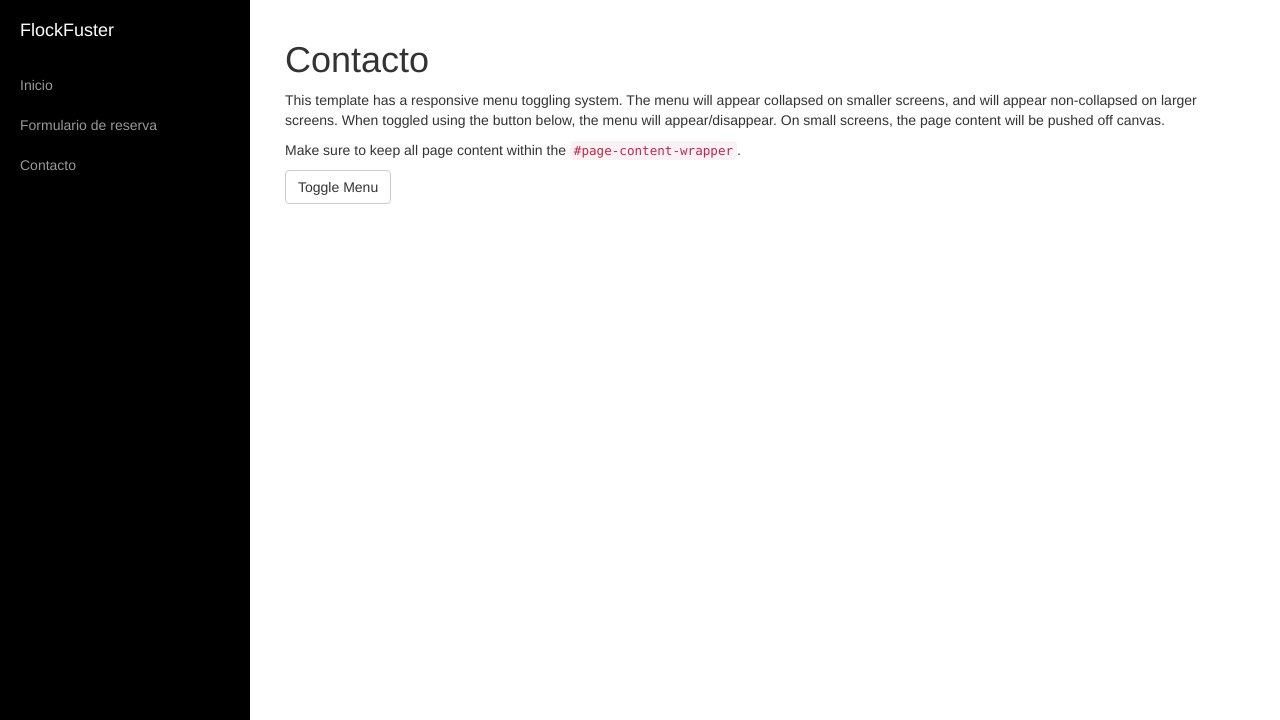
Repository: FranciscaGeorgue/Experiencia-3
Page: contacto.html
The author's editor kept a record of every edit. The page is drawn from the files as they stood at one moment, then again after the next edit.
The browser window is 1280 px wide. The pictures show the whole page.

Above is the page before.

### contacto.html
<!DOCTYPE html>
<html lang="en">

<head>

    <meta charset="utf-8">
    <meta http-equiv="X-UA-Compatible" content="IE=edge">
    <meta name="viewport" content="width=device-width, shrink-to-fit=no, initial-scale=1">
    <meta name="description" content="">
    <meta name="author" content="">

    <title>FlockFuster</title>

    <!-- Bootstrap Core CSS -->
    <link href="css/bootstrap.min.css" rel="stylesheet">

    <!-- Custom CSS -->
    <link href="css/simple-sidebar.css" rel="stylesheet">

    <!-- HTML5 Shim and Respond.js IE8 support of HTML5 elements and media queries -->
    <!-- WARNING: Respond.js doesn't work if you view the page via file:// -->
    <!--[if lt IE 9]>
        <script src="https://oss.maxcdn.com/libs/html5shiv/3.7.0/html5shiv.js"></script>
        <script src="https://oss.maxcdn.com/libs/respond.js/1.4.2/respond.min.js"></script>
    <![endif]-->

</head>

<body>

    <div id="wrapper">

        <!-- Sidebar -->
        <div id="sidebar-wrapper">
            <ul class="sidebar-nav">
                <li class="sidebar-brand">
                    <a href="#">
                        FlockFuster
                    </a>
                </li>
                <li>
                    <a href="index.html">Inicio</a>
                </li>
                <li>
                    <a href="formulario.html">Formulario de reserva</a>
                </li>
                <li>
                    <a href="contacto.html">Contacto</a>
                </li>
            </ul>
        </div>
        <!-- /#sidebar-wrapper -->

        <!-- Page Content -->
        <div id="page-content-wrapper">
            <div class="container-fluid">
                <div class="row">
                    <div class="col-lg-12">
                        <h1>Contacto</h1>
                        <p>This template has a responsive menu toggling system. The menu will appear collapsed on smaller screens, and will appear non-collapsed on larger screens. When toggled using the button below, the menu will appear/disappear. On small screens, the page content will be pushed off canvas.</p>
                        <p>Make sure to keep all page content within the <code>#page-content-wrapper</code>.</p>
                        <a href="#menu-toggle" class="btn btn-default" id="menu-toggle">Toggle Menu</a>
                    </div>
                </div>
            </div>
        </div>
        <!-- /#page-content-wrapper -->

    </div>
    <!-- /#wrapper -->

    <!-- jQuery -->
    <script src="js/jquery.js"></script>

    <!-- Bootstrap Core JavaScript -->
    <script src="js/bootstrap.min.js"></script>

    <!-- Menu Toggle Script -->
    <script>
    $("#menu-toggle").click(function(e) {
        e.preventDefault();
        $("#wrapper").toggleClass("toggled");
    });
    </script>

</body>

</html>

### css/simple-sidebar.css
/*!
 * Start Bootstrap - Simple Sidebar (http://startbootstrap.com/)
 * Copyright 2013-2016 Start Bootstrap
 * Licensed under MIT (https://github.com/BlackrockDigital/startbootstrap/blob/gh-pages/LICENSE)
 */

 body {
    overflow-x: hidden;
 }

/* Toggle Styles */

#wrapper {
    padding-left: 0;
    -webkit-transition: all 0.5s ease;
    -moz-transition: all 0.5s ease;
    -o-transition: all 0.5s ease;
    transition: all 0.5s ease;
}

#wrapper.toggled {
    padding-left: 250px;
}

#sidebar-wrapper {
    z-index: 1000;
    position: fixed;
    left: 250px;
    width: 0;
    height: 100%;
    margin-left: -250px;
    overflow-y: auto;
    background: #000;
    -webkit-transition: all 0.5s ease;
    -moz-transition: all 0.5s ease;
    -o-transition: all 0.5s ease;
    transition: all 0.5s ease;
}

#wrapper.toggled #sidebar-wrapper {
    width: 250px;
}

#page-content-wrapper {
    width: 100%;
    position: absolute;
    padding: 15px;
}

#wrapper.toggled #page-content-wrapper {
    position: absolute;
    margin-right: -250px;
}

/* Sidebar Styles */

.sidebar-nav {
    position: absolute;
    top: 0;
    width: 250px;
    margin: 0;
    padding: 0;
    list-style: none;
}

.sidebar-nav li {
    text-indent: 20px;
    line-height: 40px;
}

.sidebar-nav li a {
    display: block;
    text-decoration: none;
    color: #999999;
}

.sidebar-nav li a:hover {
    text-decoration: none;
    color: #fff;
    background: rgba(255,255,255,0.2);
}

.sidebar-nav li a:active,
.sidebar-nav li a:focus {
    text-decoration: none;
}

.sidebar-nav > .sidebar-brand {
    height: 65px;
    font-size: 18px;
    line-height: 60px;
}

.sidebar-nav > .sidebar-brand a {
    color: #999999;
}

.sidebar-nav > .sidebar-brand a:hover {
    color: #fff;
    background: none;
}

@media(min-width:768px) {
    #wrapper {
        padding-left: 250px;
    }

    #wrapper.toggled {
        padding-left: 0;
    }

    #sidebar-wrapper {
        width: 250px;
    }

    #wrapper.toggled #sidebar-wrapper {
        width: 0;
    }

    #page-content-wrapper {
        padding: 20px;
        position: relative;
    }

    #wrapper.toggled #page-content-wrapper {
        position: relative;
        margin-right: 0;
    }
}

Loaded but not shown: css/bootstrap.min.css (library); js/jquery.js (library); js/bootstrap.min.js (library)

After the next edit:
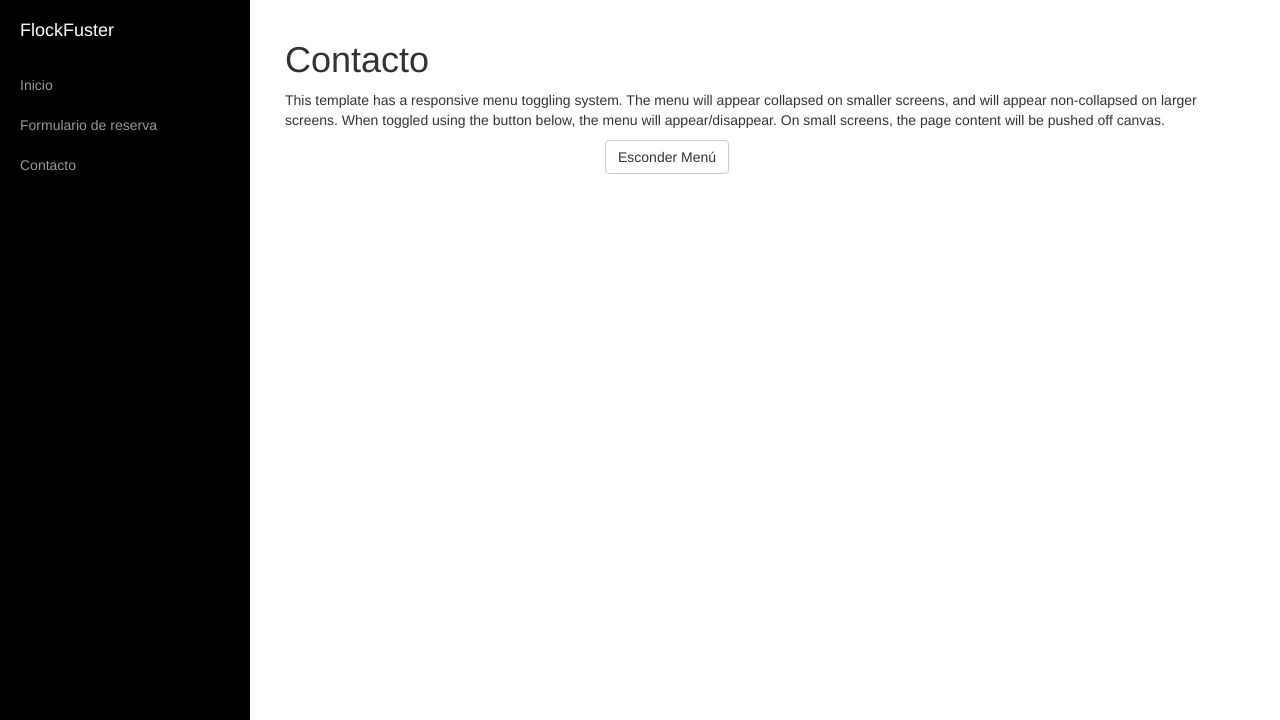
The edit:
--- a/contacto.html
+++ b/contacto.html
@@ -58,8 +58,26 @@
                     <div class="col-lg-12">
                         <h1>Contacto</h1>
                         <p>This template has a responsive menu toggling system. The menu will appear collapsed on smaller screens, and will appear non-collapsed on larger screens. When toggled using the button below, the menu will appear/disappear. On small screens, the page content will be pushed off canvas.</p>
-                        <p>Make sure to keep all page content within the <code>#page-content-wrapper</code>.</p>
-                        <a href="#menu-toggle" class="btn btn-default" id="menu-toggle">Toggle Menu</a>
+                        <div class="footer-col col-md-4">
+                        <ul class="list-inline">
+                            <li>
+                                <a href="#" class="btn-social btn-outline"><i class="fa fa-fw fa-facebook"></i></a>
+                            </li>
+                            <li>
+                                <a href="#" class="btn-social btn-outline"><i class="fa fa-fw fa-google-plus"></i></a>
+                            </li>
+                            <li>
+                                <a href="#" class="btn-social btn-outline"><i class="fa fa-fw fa-twitter"></i></a>
+                            </li>
+                            <li>
+                                <a href="#" class="btn-social btn-outline"><i class="fa fa-fw fa-linkedin"></i></a>
+                            </li>
+                            <li>
+                                <a href="#" class="btn-social btn-outline"><i class="fa fa-fw fa-dribbble"></i></a>
+                            </li>
+                        </ul>
+                    </div>
+                        <a href="#menu-toggle" class="btn btn-default" id="menu-toggle">Esconder Menú</a>
                     </div>
                 </div>
             </div>
